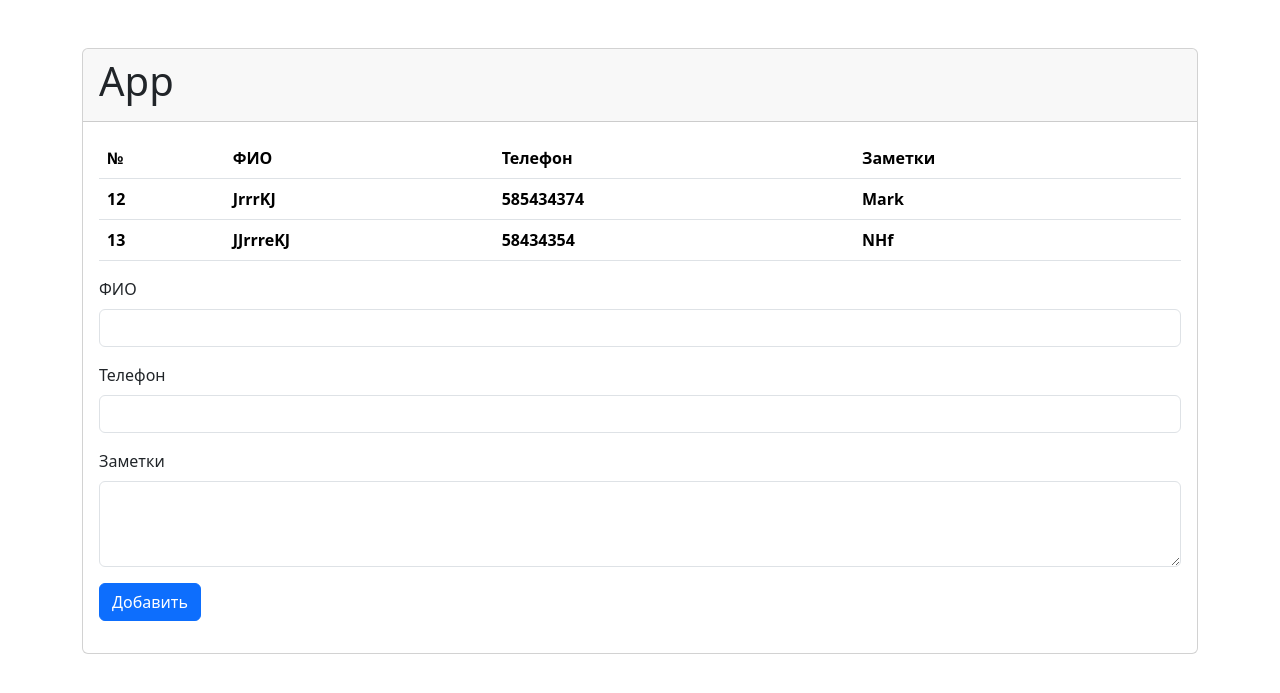
Repository: tatacheba/appstepikjavareact
Page: / (app in client/)
An editor plug-in stored every save of this project. The page is shown before and after the next save, followed by the edit.
The browser window is 1280 px wide. The pictures show the whole page.
The project was rebuilt for these pictures with package versions that can differ from the ones it lists, and the page was loaded fresh each time. Also part of the build but not shown: client/src/App.css.

Above is the page before, as saved 2024-11-27 17:35:32.

### client/public/index.html
<!DOCTYPE html>
<html lang="en">
    <head>
        <meta charset="utf-8" />
        <link rel="icon" href="%PUBLIC_URL%/favicon.ico" />
        <meta name="viewport" content="width=device-width, initial-scale=1" />
        <meta name="theme-color" content="#000000" />
        <meta
            name="description"
            content="Web site created using create-react-app"
        />
        <link rel="apple-touch-icon" href="%PUBLIC_URL%/logo192.png" />
        <link
            href="https://cdn.jsdelivr.net/npm/bootstrap@5.3.3/dist/css/bootstrap.min.css"
            rel="stylesheet"
            integrity="sha384-QWTKZyjpPEjISv5WaRU9OFeRpok6YctnYmDr5pNlyT2bRjXh0JMhjY6hW+ALEwIH"
            crossorigin="anonymous"
        />
        <!--
      manifest.json provides metadata used when your web app is installed on a
      user's mobile device or desktop. See https://developers.google.com/web/fundamentals/web-app-manifest/
    -->
        <link rel="manifest" href="%PUBLIC_URL%/manifest.json" />

        <title>App of Stepik</title>
    </head>
    <body>
        <div id="root"></div>
        <script
            src="https://cdn.jsdelivr.net/npm/bootstrap@5.3.3/dist/js/bootstrap.bundle.min.js"
            integrity="sha384-YvpcrYf0tY3lHB60NNkmXc5s9fDVZLESaAA55NDzOxhy9GkcIdslK1eN7N6jIeHz"
            crossorigin="anonymous"
        ></script>
    </body>
</html>

### client/src/index.js
import React from "react";
import ReactDOM from "react-dom/client";
import "./index.css";
import App from "./App";
import "bootstrap/dist/css/bootstrap.min.css";
import "bootstrap/dist/js/bootstrap.bundle.min.js";

const root = ReactDOM.createRoot(document.getElementById("root"));
root.render(
    <React.StrictMode>
        <App />
    </React.StrictMode>
);

### client/src/App.js
import "./App.css";
import TablewView from "./layouts/tableView/TablewView";
import { useState } from "react";
import FormNewItem from "./layouts/formNewItem/FormNewItem";

function App() {
    const [items, setItems] = useState([
        { id: 12, fullName: "JrrrKJ", phone: 585434374, notes: "Mark" },
        { id: 13, fullName: "JJrrreKJ", phone: 58434354, notes: "NHf" },
    ]);

    const appendContact = (fullName, phone, notes) => {
        const id = items.length ? items[items.length - 1].id + 1 : 1;
        const contact = {
            id: id,
            fullName: fullName,
            phone: phone,
            notes: notes,
        };
        setItems([...items, contact]);
    };
    const removeContact = (id) => {
        setItems(items.filter((item) => item.id !== id));
    };
    return (
        <div className="container mt-5">
            <div className=" card">
                <div className="card-header">
                    <h1>App</h1>
                </div>
                <div className="card-body">
                    <TablewView data={items} removeContact={removeContact} />
                    <FormNewItem appContact={appendContact} />
                </div>
            </div>
        </div>
    );
}

export default App;

### client/src/layouts/tableView/TablewView.js
import React from "react";
import TableRowItem from "./components/TableRowItem";

const TablewView = (props) => {
    return (
        <table className="table table-hover">
            <thead>
                <tr>
                    <th scope="col">№</th>
                    <th scope="col">ФИО</th>
                    <th scope="col">Телефон</th>
                    <th scope="col">Заметки</th>
                </tr>
            </thead>
            <tbody>
                {props.data.map((item) => (
                    <TableRowItem
                        contact={item}
                        removeContact={props.removeContact}
                    />
                ))}
            </tbody>
        </table>
    );
};
export default TablewView;

### client/src/layouts/formNewItem/FormNewItem.js
import React from "react";
import { useState } from "react";

function FormNewItem(props) {
    const [fullName, setFullName] = useState("");
    const [phone, setPhone] = useState("");
    const [notes, setNotes] = useState("");

    const submit = () => {
        if (!fullName || !phone || !notes) {
            return;
        }
        props.appContact(fullName, phone, notes);
        setFullName("");
        setPhone("");
        setNotes("");
    };

    return (
        <div className="mb-3">
            <form>
                <label className="form-label">ФИО</label>
                <div className="mb-3 ">
                    <input
                        type="text"
                        className="form-control"
                        value={fullName}
                        onChange={(e) => {
                            setFullName(e.target.value);
                        }}
                    />
                </div>
                <label className="form-label">Телефон</label>
                <div className="mb-3">
                    <input
                        type="tel"
                        className="form-control"
                        value={phone}
                        onChange={(e) => {
                            setPhone(e.target.value);
                        }}
                    />
                </div>
                <label className="form-label">Заметки</label>
                <div className="mb-3">
                    <textarea
                        type="textarea"
                        className="form-control"
                        value={notes}
                        rows={3}
                        onChange={(e) => {
                            setNotes(e.target.value);
                        }}
                    />
                </div>
                <button
                    className="btn btn-primary"
                    type="button"
                    onClick={submit}
                >
                    Добавить
                </button>
            </form>
        </div>
    );
}

export default FormNewItem;

### client/src/layouts/tableView/components/TableRowItem.js
import React from "react";

const TableRowItem = (props) => {
    const removeRow = () => props.removeContact(props.contact.id);
    return (
        <tr onClick={removeRow}>
            <th scope="row">{props.contact.id}</th>
            <th>{props.contact.fullName}</th>
            <th>{props.contact.phone}</th>
            <th>{props.contact.notes}</th>
        </tr>
    );
};

export default TableRowItem;

Loaded but not shown: client/src/index.css (common file)

After the next save:
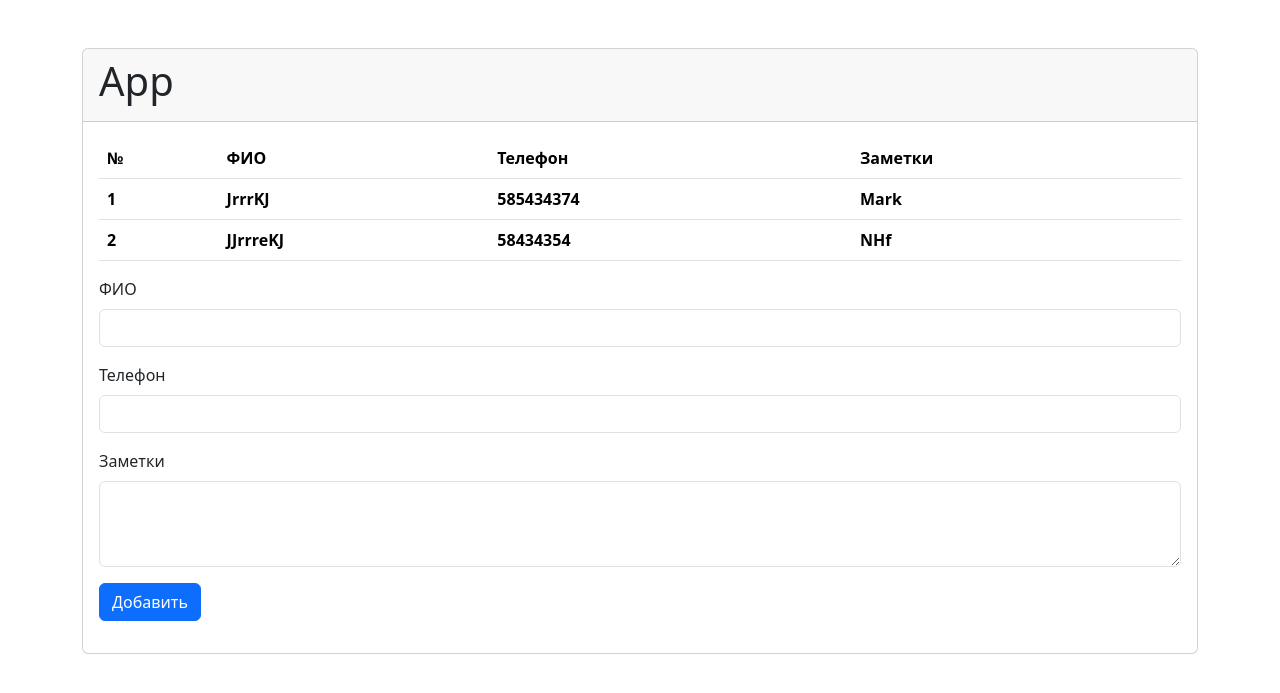
Saved 73 s later.
--- a/client/src/App.js
+++ b/client/src/App.js
@@ -5,8 +5,8 @@ import FormNewItem from "./layouts/formNewItem/FormNewItem";
 
 function App() {
     const [items, setItems] = useState([
-        { id: 12, fullName: "JrrrKJ", phone: 585434374, notes: "Mark" },
-        { id: 13, fullName: "JJrrreKJ", phone: 58434354, notes: "NHf" },
+        { id: 1, fullName: "JrrrKJ", phone: 585434374, notes: "Mark" },
+        { id: 2, fullName: "JJrrreKJ", phone: 58434354, notes: "NHf" },
     ]);
 
     const appendContact = (fullName, phone, notes) => {
